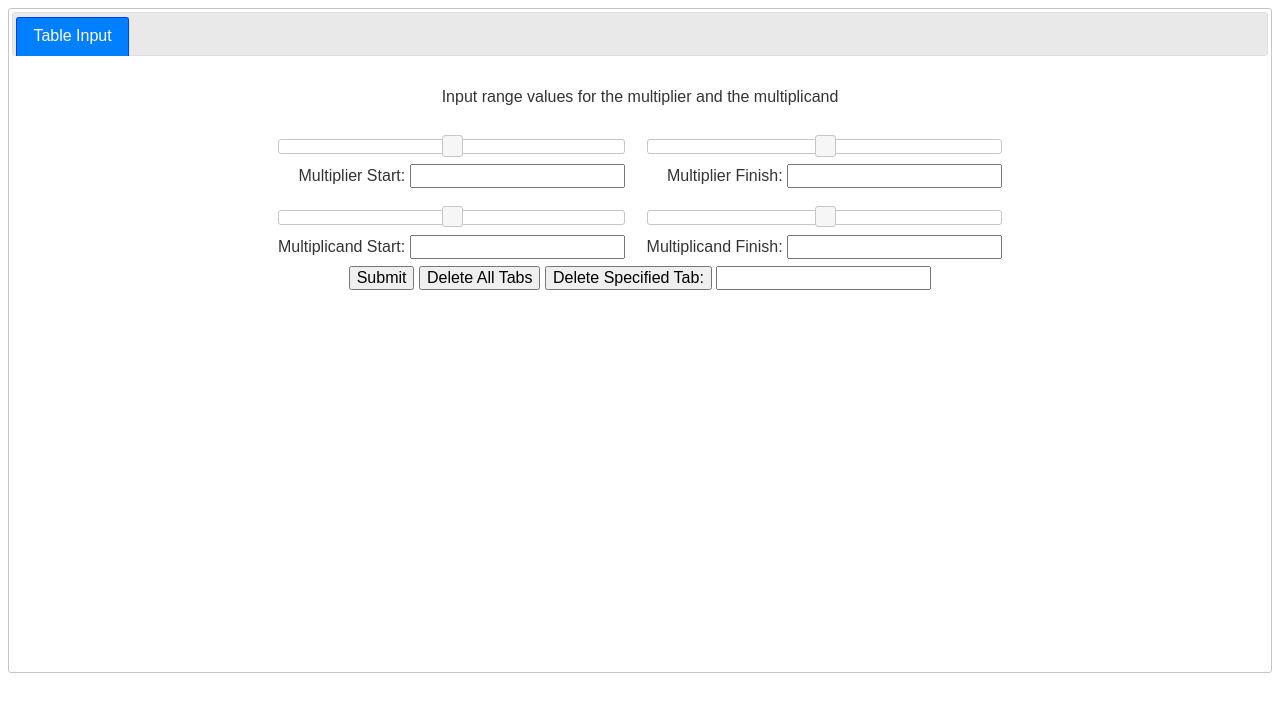
Repository: khrasna/HW4Part2
Page: index.html
An editor plug-in stored every save of this project. The page is shown before and after the next save, followed by the edit.
The browser window is 1280 px wide. The pictures show the whole page.
Some web libraries are served in a nearby version.

Above is the page before, as saved 2021-11-22 16:50:21.

### index.html
<!-- HTML file for Assignment 3
By Karsten Hrasna  email Karsten_Hrasna@student.uml.edu-->
<!DOCTYPE html>
<html>

<head>
    <title>Multiplication Table</title>
    <link rel="stylesheet" href="style.css">
    <script type="text/javascript" src="https://ajax.googleapis.com/ajax/libs/jquery/3.5.1/jquery.min.js"></script>
    <script type="text/javascript" src="dist/jquery.validate.min.js"></script>
    <script type="text/javascript" src="formvalidate.js"></script>
    <script type="text/javascript"
        src="https://ajax.googleapis.com/ajax/libs/jqueryui/1.11.4/jquery-ui.min.js"></script>
    <link rel="stylesheet" href="https://ajax.googleapis.com/ajax/libs/jqueryui/1.11.4/themes/smoothness/jquery-ui.css">
</head>

<body>

    <div id="tabs">
        <ul>
            <li><a href='#tab1'>Table Input</a></li>
        </ul>
        <div id="tab1">
            <div id="row1">
                <p>Input range values for the multiplier and the multiplicand</p>
                <!-- Learned from W3schools. Creates a form which takes number ranges for multiplier and multiplicand. -->
                <form id="FormInput" action="javascript:void(0);" method="get">
                    <!--Learned about javascript:void(0) from Dutchie432 at https://stackoverflow.com/questions/1818249/form-with-no-action-and-where-enter-does-not-reload-page-->
                    <table>
                        <tr>

                            <td class="pad">
                                <div id="slider-1" class="refresh"></div>
                                Multiplier Start: <input input="text" class="refresh" name="MultiplierStart">
                            </td>

                            <td>
                                <div id="slider-2" class="refresh"></div>
                                Multiplier Finish: <input type="text" class="refresh" name="MultiplierFinish">
                            </td>
                        </tr>
                        <tr>
                            <td class="pad">
                                <div id="slider-3" class="refresh"></div>
                                Multiplicand Start: <input type="text" class="refresh" name="MultiplicandStart">
                            </td>

                            <td>
                                <div id="slider-4" class="refresh"></div>
                                Multiplicand Finish: <input type="text" class="refresh" name="MultiplicandFinish">
                            </td>
                        </tr>
                    </table>
                    <input type="submit" value="Submit">
                    <input type="button" name="clear" value="Delete All Tabs">
                    <input type="button" name="clearx" value="Delete Specified Tab:">
                    <input type="text" name="clearinput">
                    <!--goes directly under form and processes the input to create a mult table-->
                </form>
            </div>
        </div>
    </div>


</body>

</html>

### style.css
/*Created by Karsten Hrasna. email: Karsten_Hrasna@student.uml.edu*/
html,
body {
    height: 97%;
    text-align: center;
}

#slider-1,
#slider-2,
#slider-3,
#slider-4 {
    margin-bottom: 10px;
    margin-top: 10px;
}

div#tabs {
    height: 97%;
}

div#tab1 {
    display: grid;
    grid-template-columns: auto;
    /* top row of grid holds the form for input, the rest of page holds the multiplication table*/
    grid-template-rows: 20% 20% 20% 20% 20%;
    height: 97%;
}


#multTable {
    margin: auto;
    border-collapse: separate;
    border-spacing: 0;
    /*the dynamically sized multiplication table */
    margin-top: 0px;
    border-bottom: 0px;
    grid-row: 2;

}

input[type=submit] {
    /* submit button under form spaced here */
    margin-top: 0px;
    margin-bottom: 0px;
}

#multTable td,
th {
    border: solid;
    border-color: black;
    min-width: 70px;
    font-size: 30px;
    height: 70px;
}


#multTable th {
    position: sticky;
    top: 0px;
    border-right: solid;
    border-right-color: white;
    border-bottom: solid;
    border-bottom-color: white;
    background-color: black;
    color: white;

}

#multTable th:first-child {
    position: sticky;
    top: 70px;
    left: 0;
}


.sticky {
    position: fixed;
    top: 0px;
    /* get the headers to stay fixed on mult table */
    width: 100%;
}

#multTable tr:first-child th:first-child {
    border: none;
    background-color: white;
}

#multTable p.inputError {
    margin: 0px;
}

form {
    margin-bottom: 0px;
}

table {
    margin-left: auto;
    margin-right: auto;
}

form td {
    text-align: right;
    justify-content: right;
    padding: 5px;
    /*line up the input form textboxes*/
}

form p {
    margin: 0px;
}

td.pad {
    padding-right: 15px;
}

### formvalidate.js
var tabs;

$(function () {
    $("#tabs").tabs();

    $("#slider-1").slider({
        min: -50, //initialize the four sliders to set the values of their respective input boxes
        max: 50,
        slide: function (event, ui) {
            $('input[name="MultiplierStart"]').val(ui.value);
        }
    });
    $("#slider-2").slider({
        min: -50,
        max: 50,
        slide: function (event, ui) {
            $('input[name="MultiplierFinish"]').val(ui.value);
        }
    });
    $("#slider-3").slider({
        min: -50,
        max: 50,
        slide: function (event, ui) {
            $('input[name="MultiplicandStart"]').val(ui.value);
        }
    });
    $("#slider-4").slider({
        min: -50,
        max: 50,
        slide: function (event, ui) {
            $('input[name="MultiplicandFinish"]').val(ui.value);
        }
    });

    $('input[name="MultiplierStart"]').on('keyup', function () { //if the input boxes values are changed, set the slider to that value
        $("#slider-1").slider("option", "value", $('input[name="MultiplierStart"]').val());
    });

    $('input[name="MultiplierFinish"]').on('keyup', function () {
        $("#slider-2").slider("option", "value", $('input[name="MultiplierFinish"]').val());
    });

    $('input[name="MultiplicandStart"]').on('keyup', function () {
        $("#slider-3").slider("option", "value", $('input[name="MultiplicandStart"]').val());
    });

    $('input[name="MultiplicandFinish"]').on('keyup', function () {
        $("#slider-4").slider("option", "value", $('input[name="MultiplicandFinish"]').val());
    });


    $.validator.addMethod("less", function (value, element, params) {
        if (params[0].value == "") {
            return true; // dont want it to say that the start has to be greater than finish if no finish given. instead it will say to give finish value in other error
        } else {
            return this.optional(element) || +value <= +params[0].value;

        } //checks to make sure that the starts are less than the finishes, learned from
    }); // https://jqueryvalidation.org/jQuery.validator.addMethod/

    $.validator.addMethod("checkval", function (value, element) {
        if (value == "") {
            return true; // dont want it to say that the start has to be greater than finish if no finish given. instead it will say to give finish value in other error
        } else {
            return this.optional(element) || +value > 1;

        } //checks to make sure that the starts are less than the finishes, learned from
    });


    $("#FormInput").validate({
        //this makes it so the validator updates the error messages whenever new input is typed.
        //learned about onkeyup at https://www.sitepoint.com/jquery-validation-validate-form-submit/
        rules: {
            MultiplierStart: {
                range: [-50, 50],
                less: $('input[name="MultiplierFinish"]'),
                required: true

            },
            MultiplierFinish: { //rules for form input. makes sure the numbers are in range, and that the fields have input in them.
                required: true,
                range: [-50, 50]
            },

            MultiplicandStart: {
                range: [-50, 50],
                less: $('input[name="MultiplicandFinish"]'),
                required: true
            },

            MultiplicandFinish: {
                range: [-50, 50],
                required: true
            }
        },

        messages: {
            MultiplierStart: {
                required: "Multiplier Start must be a digit between -50 and 50",
                range: "The range of Multiplier Start must stay within -50 and 50",
                less: "The value of Multiplier Start must be less than or equal to Multiplier Finish."
            },

            MultiplierFinish: {
                required: "Multiplier Finish must be a digit between -50 and 50",
                range: "The range of Multiplier Finish must stay within -50 and 50",
            },

            MultiplicandStart: {
                required: "Multiplicand Start must be a digit between -50 and 50",
                range: "The range of Multiplicand Start must stay within -50 and 50",
                less: "The value of Multiplicand Start must be less than or equal to Multiplicand Finish."
            },

            MultiplicandFinish: {
                required: "Multiplicand Finish must be a digit between -50 and 50",
                range: "The range of Multiplicand Finish must stay within -50 and 50",
            }


        },

        errorPlacement: function (error, element) {
            $(error).appendTo($(('#FormInput'))); //place the errors below the form
        },
        errorElement: "p"

    });

    $(".refresh").on("input", function () {
        processHere();
    });

    $(".refresh").on("slide", function () {
        processHere();
    });


    $('input[type="submit"]').on('click', function () { //check if form is valid and process table if true
        $('input[name="clearinput"]').rules('remove');
        if ($("#FormInput").valid()) {
            process();
        }
    });



    $('input[name="clear"]').on("click", function () { //clear all tabs except main tab
        for (var i = 2; i <= tabs; i++) {
            $("#tabs").find("li:not(:first)").remove();
            $("#tabs").tabs('refresh');
        }
        tabs = 1;
    });

    $('input[name="clearx"]').on("click", function () { //clear a specified tab with a range of 2 - number of tabs
        console.log(tabs);
        console.log($("#FormInput").validate().settings.rules);
        $('input[name="clearinput"]').rules('add', {
            digits: true,
            required: true,
            range: [2, tabs],
            checkval: true,

            messages: {
                digits: "Please make your specified tab to be deleted contain only numbers within the indicated range.",
                range: "Please choose a tab between 2 and " + tabs,
                checkval: "Please enter a tab value which is greater than 1.",
                required: "Please enter a value for the Delete Specified Tab value."
            }
        });

        if ($('input[name="clearinput"]').valid()) { //if the specified tab to be removed is valid then remove it
            var removetab = $('input[name="clearinput"]').val();
            $("#tabs").find("li:nth-child(" + removetab + ")").remove();
            $("#tabs").tabs('refresh');

            if (tabs > 1) {
                tabs -= 1;
            }
        }

    })

});

function processHere() {
    var multStart = $('input[name="MultiplierStart"]').val();
    var multFinish = $('input[name="MultiplierFinish"]').val();
    var multiplicandStart = $('input[name="MultiplicandStart"]').val();
    var multiplicandFinish = $('input[name="MultiplicandFinish"]').val();

    //clear old table and create a table with size based on input given
    const rowVals = [];
    const colVals = []; //these will hold the values of the multiplier and multiplicand
    var rows = multFinish - multStart;
    var cols = multiplicandFinish - multiplicandStart;
    tabs = $("#tabs ul li").length + 1; //number of tabs, learned from https://stackoverflow.com/questions/14702631/in-jquery-ui-1-9-how-do-you-create-new-tabs-dynamically
    for (var i = 0; i <= cols; i++) {
        colVals[i] = (+multiplicandStart + +i); //save the values of the numbers being multiplied
    }
    for (var i = 0; i <= rows; i++) {
        rowVals[i] = (+multStart + +i);
    }
    var table = createTable(rows, cols, rowVals, colVals); //create table based on total rows and cols, and top and left are the sets of multipliers and multiplicands
    table.id = "multTable";

}

function process() {
    var multStart = $('input[name="MultiplierStart"]').val();
    var multFinish = $('input[name="MultiplierFinish"]').val();
    var multiplicandStart = $('input[name="MultiplicandStart"]').val();
    var multiplicandFinish = $('input[name="MultiplicandFinish"]').val();

    //clear old table and create a table with size based on input given
    const rowVals = [];
    const colVals = []; //these will hold the values of the multiplier and multiplicand
    var rows = multFinish - multStart;
    var cols = multiplicandFinish - multiplicandStart;
    tabs = $("#tabs ul li").length + 1; //number of tabs, learned from https://stackoverflow.com/questions/14702631/in-jquery-ui-1-9-how-do-you-create-new-tabs-dynamically
    for (var i = 0; i <= cols; i++) {
        colVals[i] = (+multiplicandStart + +i); //save the values of the numbers being multiplied
    }
    for (var i = 0; i <= rows; i++) {
        rowVals[i] = (+multStart + +i);
    }
    var table = createTable(rows, cols, rowVals, colVals); //create table based on total rows and cols, and top and left are the sets of multipliers and multiplicands
    table.id = "multTable";
    //adds list item to tab list with parameters as title
    $("#tabs ul").append("<li><a href='#tab" + tabs + "'>" + multStart + " " + multFinish + " " + multiplicandStart + " " + multiplicandFinish + "</a></li>");
    $("#tabs").append("<div id='tab" + tabs + "'></div>"); //also learned from https://stackoverflow.com/questions/14702631/in-jquery-ui-1-9-how-do-you-create-new-tabs-dynamically
    $("#tab" + tabs).append(table); //adds the table to a new tab
    $("#tabs").tabs("refresh");

}

function createTable(rows, cols, rowVals, colVals) {
    var t = document.createElement('table');
    for (var x = 0; x <= rows + 1; x++) { // rows and cols + 1 to indicate ranges of numbers
        var r = document.createElement('tr');
        t.appendChild(r);
        for (var y = 0; y <= cols + 1; y++) { //creates the cols of the table row by row
            if (y == 0) {
                var c = document.createElement('th'); //create and insert element based on position in table
                c.id = "topHeader";
                if (x != 0) {
                    c.innerHTML = rowVals[x - 1]; // - 1 because it is moved over 1 to the right
                }
            } else if (x == 0) {
                var c = document.createElement('th');
                if (y != 0) {
                    c.innerHTML = colVals[y - 1];
                }
            } else {
                var c = document.createElement('td');
                c.innerHTML = rowVals[x - 1] * colVals[y - 1];
                if (((y % 2) + (x % 2)) == 0 || ((y % 2) + (x % 2)) == 2) { // checker board effect
                    c.style.backgroundColor = "gray";
                }
            }
            r.appendChild(c);
        }
    }
    return t;
}

Loaded but not shown: dist/jquery.validate.min.js (library)

After the next save:
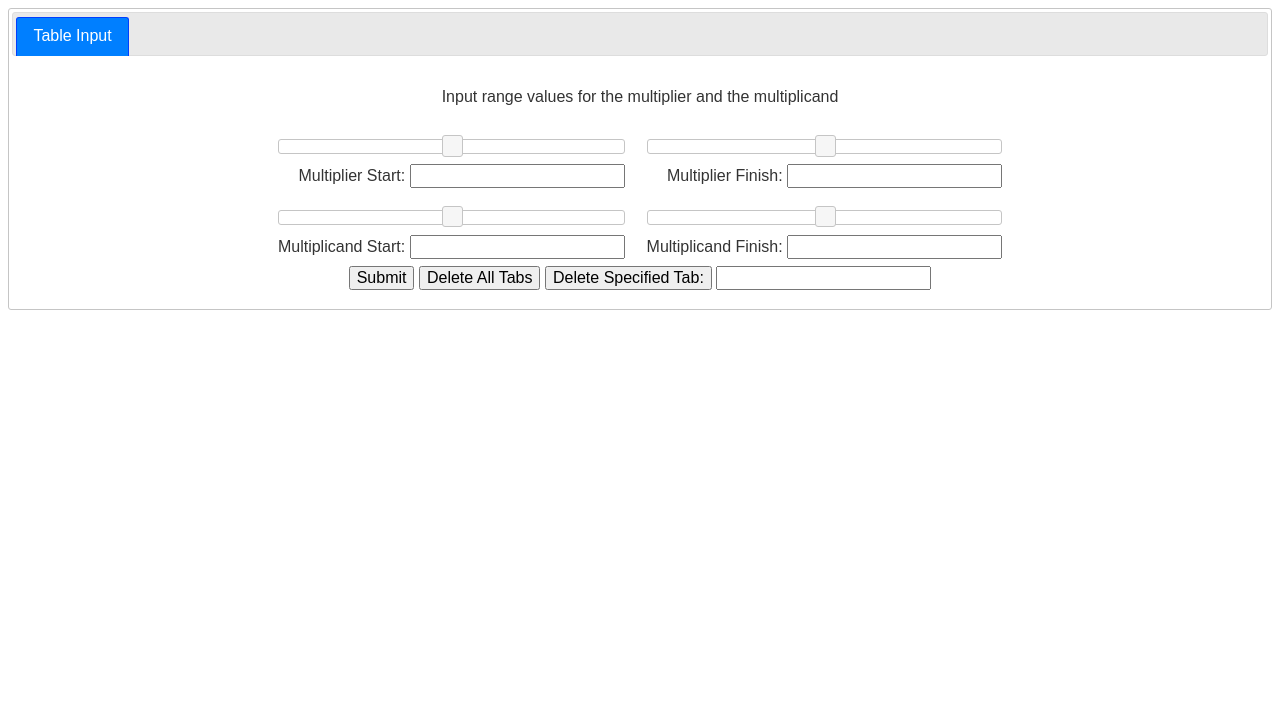
Saved 22 s later.
--- a/style.css
+++ b/style.css
@@ -13,9 +13,6 @@ body {
     margin-top: 10px;
 }
 
-div#tabs {
-    height: 97%;
-}
 
 div#tab1 {
     display: grid;
